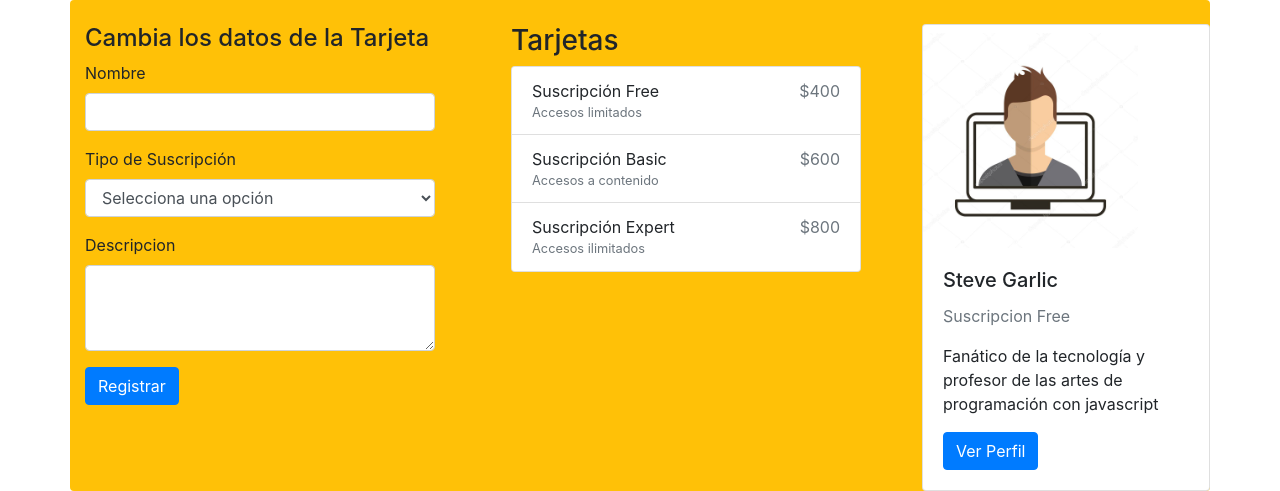
Repository: pedro-donoso/manipulacion-dom
Page: index.html
The author's editor kept a copy of each file at every save. The page is drawn from the files as they stood at one save, then again after the next save.
The browser window is 1280 px wide. The pictures show the part of the page from y = 602 to 1093 px (the page is 1093 px tall before and 1069 px after).

Above is the page before, as saved 2024-02-06 14:37:40.

### index.html
<!doctype html>
<html lang="es">

<head>
    <!-- Required meta tags -->
    <meta charset="utf-8">
    <meta name="viewport" content="width=device-width, initial-scale=1, shrink-to-fit=no">

    <!-- Bootstrap CSS -->
    <link rel="stylesheet" href="https://cdn.jsdelivr.net/npm/bootstrap@4.3.1/dist/css/bootstrap.min.css"
        integrity="sha384-ggOyR0iXCbMQv3Xipma34MD+dH/1fQ784/j6cY/iJTQUOhcWr7x9JvoRxT2MZw1T" crossorigin="anonymous">

    <title>Manipulación del DOM</title>
</head>

<body>

    <main class="container">

        <!-- 1- AGREGO CLASE container PARA MANIPULAR ESTE PÁRRAFO -->
        <div class="row mt-5 text-center justify-content-between" id="contenedor">
            <div class="col-4 col-md-4">
                <h2>Manipulación del DOM</h2>
                <p class="text-center">
                    El DOM es una API definida para representar e interactuar con cualquier documento HTML.
                    El DOM es un modelo de documento que se carga en el navegador web y que representa el documento como
                    un árbol de
                    nodos, en donde cada nodo representa una parte del documento (puede tratarse de un elemento, una
                    cadena de texto o un comentario)
                </p>
            </div>
        </div>
        <div class="row justify-content-between bg-warning rounded pt-4">
            <div class="col-4 col-md-4">
                <h4>Cambia los datos de la Tarjeta</h4>
                <!-- 15- AGREGO id PARA ESCUCHAR EVENTO CLICK -->
                <form id="formulario">
                    <!-- 21- AGREGO ID DE CADA CAMPO -->
                    <label>Nombre</label>
                    <input type="text" class="form-control mb-3" id="nombre">
                    <label>Tipo de Suscripción</label>
                    <select id="suscripcion" class="form-control mb-3">
                        <option disabled selected>Selecciona una opción</option>
                        <option value="Suscripción Free">Suscripción Free</option>
                        <option value="Suscripción Basic">Suscripcion Basic</option>
                        <option value="Suscripción Expert">Suscripcion Expert</option>
                    </select>
                    <label>Descripcion</label>
                    <textarea rows="3" class="form-control mb-3" id="descripcion"></textarea>
                    <div>
                        <button class="btn btn-primary mb-3">Registrar</button>
                    </div>
                </form>
            </div>
            <div class="col-4 col-md-4">
                <h3>Tarjetas</h3>
                <div class="card">
                    <ul class="list-group list-group-flush">
                        <li class="list-group-item d-flex justify-content-between">
                            <div class="d-flex flex-column">
                                <span>Suscripción Free</span>
                                <small class="text-muted">Accesos limitados</small>
                            </div>
                            <div>
                                <span class="text-muted">$400</span>
                            </div>
                        </li>
                        <li class="list-group-item d-flex justify-content-between">
                            <div class="d-flex flex-column">
                                <span>Suscripción Basic</span>
                                <small class="text-muted">Accesos a contenido</small>
                            </div>
                            <div>
                                <span class="text-muted">$600</span>
                            </div>
                        </li>
                        <li class="list-group-item d-flex justify-content-between">
                            <div class="d-flex flex-column">
                                <span>Suscripción Expert</span>
                                <small class="text-muted">Accesos ilimitados</small>
                            </div>
                            <div>
                                <span class="text-muted">$800</span>
                            </div>
                        </li>
                    </ul>
                </div>
            </div>

            <!-- 8- AGREGO CARD -->
            <!-- 13- AGREGO ID PARA CAPTURAR CONTENEDOR -->
            <div class="row" id="contenedor_tarjeta">

            </div>

        </div>

    </main>

    <!-- Optional JavaScript -->
    <!-- jQuery first, then Popper.js, then Bootstrap JS -->
    <script src="https://code.jquery.com/jquery-3.3.1.slim.min.js"
        integrity="sha384-q8i/X+965DzO0rT7abK41JStQIAqVgRVzpbzo5smXKp4YfRvH+8abtTE1Pi6jizo"
        crossorigin="anonymous"></script>
    <script src="https://cdn.jsdelivr.net/npm/popper.js@1.14.7/dist/umd/popper.min.js"
        integrity="sha384-UO2eT0CpHqdSJQ6hJty5KVphtPhzWj9WO1clHTMGa3JDZwrnQq4sF86dIHNDz0W1"
        crossorigin="anonymous"></script>
    <script src="https://cdn.jsdelivr.net/npm/bootstrap@4.3.1/dist/js/bootstrap.min.js"
        integrity="sha384-JjSmVgyd0p3pXB1rRibZUAYoIIy6OrQ6VrjIEaFf/nJGzIxFDsf4x0xIM+B07jRM"
        crossorigin="anonymous"></script>

    <script src="./app.js"></script>
</body>

</html>

### app.js
// 2- CREO VARIABLE PARA MANIPULAR HTML
let contenedor = document.querySelector("#contenedor");

// 3- CREAR ELEMENTO SUBTITULO Y LE AGREGO PROPIEDADES
let subtitulo = document.createElement("h4");
subtitulo.innerText = "Árbol de nodos \n (enviado desde JavaScript)";

// 4- OBTENER EL CUERPO DEL DOCUMENTO
let body = document.body;

// 5- AGREGAR EL NUEVO ELEMENTO AL CUERPO DEL DOCUMENTO
body.appendChild(subtitulo);

// 6- AGREGO IMAGEN
let imagen = document.createElement("img");
imagen.src =
  "https://www.freecodecamp.org/news/content/images/2021/09/Document.jpg";
imagen.width = "450";
imagen.height = "300";
imagen.alt = "árbol de nodos";

// 7- AGREGO ELEMENTOS AL CONTENEDOR
contenedor.append(subtitulo, imagen);

// 13- AGREGO CONSTRUCTOR
const autor = {
  nombre: "Steve Garlic",
  suscripcion: "Suscripcion Free",
  descripcion:
    "Fanático de la tecnología y profesor de las artes de programación con javascript",
  imagen: "./img/icono.jpg"
};

// 19- Agrego const crearTarjeta y agrego todas las funciones del código
const crearTarjeta = () => {
  // 25- CREO DOCUMENTO VACIO
  document.querySelector("#contenedor_tarjeta").innerHTML = "";

  // 9- CREO ESTRUCTURA DEL CODIGO
  let columnaTarjeta = document.createElement("div");
  columnaTarjeta.className = "col";

  // 10- CREO TEMPLATE STRING DEL CONTENIDO DE LA TARJETA AUTOR
  // 14- AGREGO DATOS DEL CONSTRUCTOR (13)
  // 17- CREO EVENTO onclick
  // 19- LLAMAR A eventoClick CON event
  let tarjetaAutor = ` <div class="card" style="width: 18rem;">
        <img class="card-img-top pt-2 w-75" src="${autor.imagen}" alt="Card image cap">
        <div class="card-body">
            <h5 class="card-title">${autor.nombre}</h5>
             <p class="text-muted">${autor.suscripcion}</p>
            <p class="card-text">${autor.descripcion}</p>

            <button class="btn btn-primary" onclick="eventoClick(event)">Ver Perfil</button>
        </div>
    </div>`;

  // 11- AGREGO TEMPLATE STRING A columnaTarjeta (HIJO)
  columnaTarjeta.innerHTML = tarjetaAutor;

  // 12- AGREGO columnaTarjeta AL CONTENEDOR (PADRE) MEDIANTE LA SELECCIÓN DEL ID #contenedor_tarjeta
  document.querySelector("#contenedor_tarjeta").append(columnaTarjeta);
};

// 16- Creo constante modificarAutor para agregarla al form en index.html, la función recibirá un evento
  const modificarAutor= (event) => {
    console.log(event);
    event.preventDefault();

    // 22- CAPTURO CAMPOS DEL FORMULARIO
    let nombre = document.querySelector("#nombre").value;
    let suscripcion = document.querySelector("#suscripcion").value;
     let descripcion = document.querySelector("#descripcion").value;

    // 23- LLAMO A LA CONSTANTE AUTOR
    autor.nombre = nombre;
    autor.suscripcion = suscripcion;
    autor.descripcion = descripcion;

    // 24- SE VUELVE A CREAR LA TARJETA CON LOS NUEVOS DATOS
    crearTarjeta();
  };


// 18- CAPTURO EVENTO CLIC DEL BOTON EN EL form MEDIANTE EL ID formulario
document.getElementById("formulario").addEventListener("submit",modificarAutor);

// 20- LLAMO A LA FUNCIÓN
crearTarjeta();

After the next save:
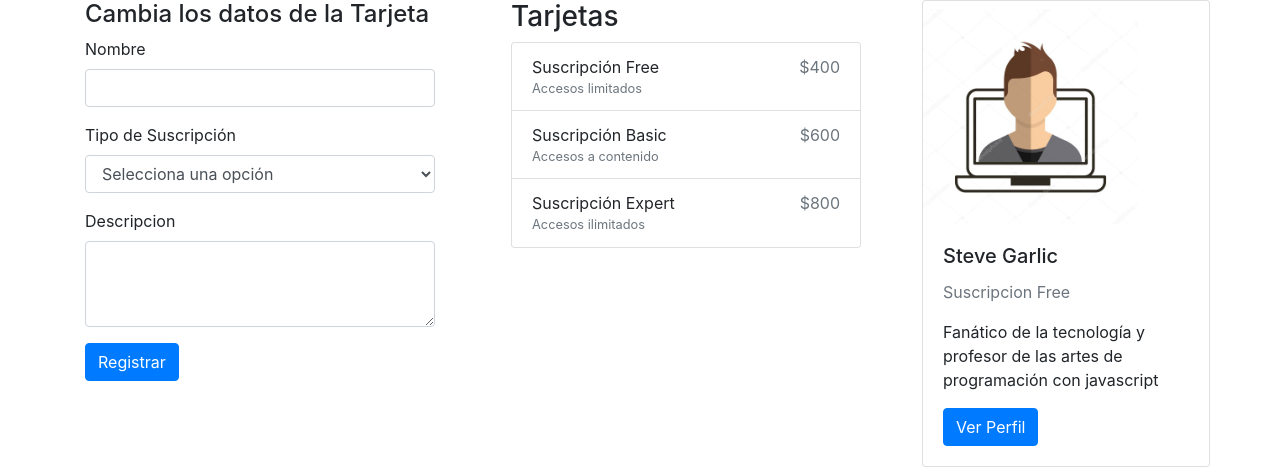
Saved 12 s later.
--- a/index.html
+++ b/index.html
@@ -30,7 +30,7 @@
                 </p>
             </div>
         </div>
-        <div class="row justify-content-between bg-warning rounded pt-4">
+        <div class="row justify-content-between">
             <div class="col-4 col-md-4">
                 <h4>Cambia los datos de la Tarjeta</h4>
                 <!-- 15- AGREGO id PARA ESCUCHAR EVENTO CLICK -->
